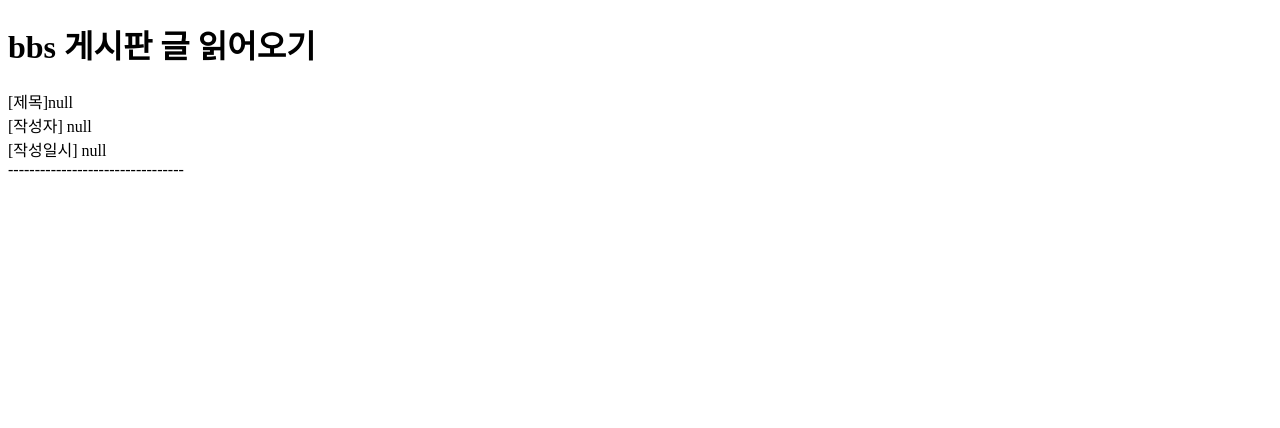
Repository: Hyosang56/Servlet
Page: http://localhost/JSPFirst240819/JSPEx/JSPDBEx/MysqlEx/BBSItemFirst/BBSItemView_sa.jsp
An editor plug-in stored every save of this project. The page is shown before and after the next save, followed by the edit.
The browser window is 1280 px wide. The pictures show the whole page.
The page is served by Tomcat 10. Other server files are loaded and not shown. Queries for data that is not in the repository find no rows.

Above is the page before, as saved 2024-08-21 04:53:45.

### JSPFirst240819/src/main/webapp/JSPEx/JSPDBEx/MysqlEx/BBSItemFirst/BBSItemView_sa.jsp
<%@ page language="java" contentType="text/html; charset=UTF-8"
    pageEncoding="UTF-8"%>

<jsp:useBean  id="bbsItemOB" class="com.webdb.BBSItem" />
<jsp:setProperty  name="bbsItemOB" property="seqNo"
					value="${param.SEQ_NO}" />

<%
	bbsItemOB.readDB();
%>

<!DOCTYPE html>
<html>
<head>
<meta charset="UTF-8">
<title>BBSItemView_sa.jsp 파일</title>
</head>
<body>
	<H1>bbs 게시판 글 읽어오기</H1>
	[제목]<jsp:getProperty  name ="bbsItemOB"
			property="title" /> <br>
	[작성자] <jsp:getProperty name="bbsItemOB"
			property="writer" /> <br>
	[작성일시] <jsp:getProperty name="bbsItemOB"
			property="date" /> <br>
	---------------------------------
	<br/>
</body>
</html>

### JSPFirst240819/src/main/java/com/webdb/BBSItem.java
package com.webdb;

import java.sql.Statement;
import java.io.Serializable;
import java.sql.Connection;
import java.sql.Date;
import java.sql.DriverManager;
import java.sql.ResultSet;
import java.sql.Time;

import jakarta.servlet.ServletException;

public class BBSItem implements Serializable{
   private int seqNo;         // 순번
    private String title;      // 제목
    private String content;    // 내용
    private String writer;     // 작성자
    private Date date;         // 저장일자
    private Time time;         // 저장시각

    public BBSItem() {
    }

   public int getSeqNo() {
      return seqNo;
   }

   public void setSeqNo(int seqNo) {
      this.seqNo = seqNo;
   }

   public String getTitle() {
      return title;
   }

   public void setTitle(String title) {
      this.title = title;
   }

   public String getContent() {
      return content;
   }

   public void setContent(String content) {
      this.content = content;
   }

   public String getWriter() {
      return writer;
   }

   public void setWriter(String writer) {
      this.writer = writer;
   }

   public Date getDate() {
      return date;
   }

   public void setDate(Date date) {
      this.date = date;
   }

   public Time getTime() {
      return time;
   }

   public void setTime(Time time) {
      this.time = time;
   }
    public void readDB() throws ServletException
    {
       Connection conn = null;
        Statement stmt = null;
        try {
              Class.forName("com.mysql.cj.jdbc.Driver"); // MySQL 드라이버 로드
           conn = DriverManager.getConnection(
"jdbc:mysql://localhost:3306/webdb?useSSL=false&serverTimezone=Asia/Seoul", "root", "jj5658cc"); // JDBC 연결
            if (conn == null)
                throw new Exception("데이터베이스에 연결할 수 없습니다.");
            stmt = (Statement)conn.createStatement();
            ResultSet rs = stmt.executeQuery(
           "select * from bbs where seqNo ='"+seqNo+"';");

            if (rs.next()) {
                this.title = rs.getString("title");         // 제목
                this.content = rs.getString("content");     // 내용
                this.writer = rs.getString("writer");       // 작성자
                this.date = rs.getDate("wdate");            // 저장일자
                this.time = rs.getTime("wtime");            // 저장시각
            }
        }//END OF try 블럭
        catch (Exception e) {
            throw new ServletException(e);
          // throw new Exception(e);
        }
        finally {
            try {
                stmt.close();
            }
            catch (Exception ignored) {
            }
            try {
                conn.close();
            }
            catch (Exception ignored) {
            }
        }
    }
}

After the next save:
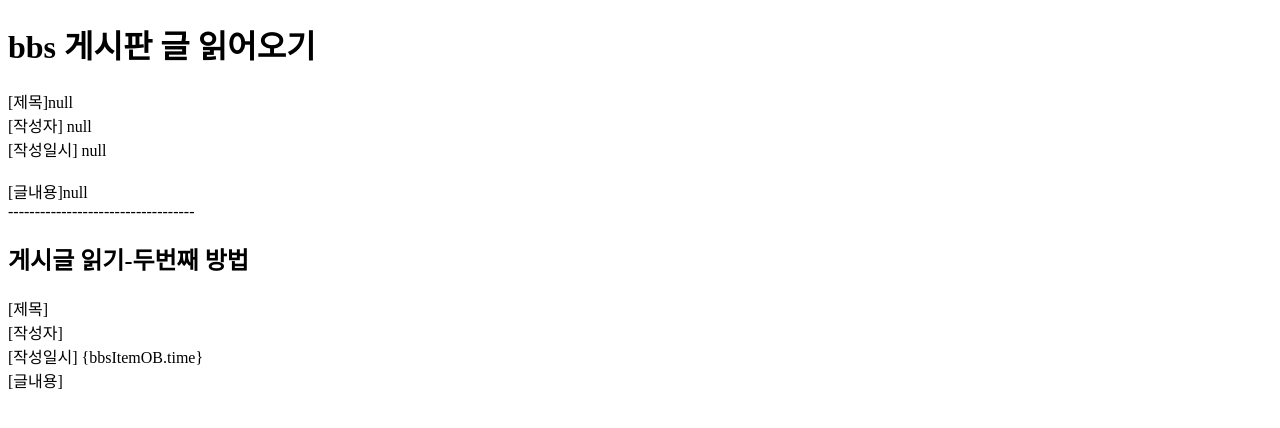
Saved 6 min 52 s later.
--- a/JSPFirst240819/src/main/webapp/JSPEx/JSPDBEx/MysqlEx/BBSItemFirst/BBSItemView_sa.jsp
+++ b/JSPFirst240819/src/main/webapp/JSPEx/JSPDBEx/MysqlEx/BBSItemFirst/BBSItemView_sa.jsp
@@ -23,7 +23,15 @@
 			property="writer" /> <br>
 	[작성일시] <jsp:getProperty name="bbsItemOB"
 			property="date" /> <br>
-	---------------------------------
 	<br/>
+	[글내용]<jsp:getProperty name="bbsItemOB"
+			property="content" /> <br>
+	-----------------------------------
+	<h2>게시글 읽기-두번째 방법</h2>
+		[제목] ${bbsItemOB.title}<br>
+		[작성자] ${bbsItemOB.writer}<br>
+		[작성일시] ${bbsItemOB.date}
+				{bbsItemOB.time}<br>
+		[글내용] ${bbsItemOB.content}
 </body>
 </html>
